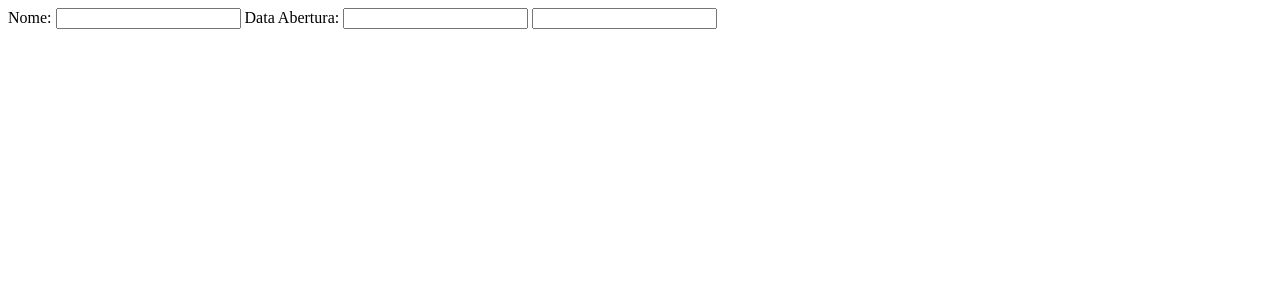
Repository: douglascogubum/servlet
Page: http://localhost/gerenciador/formNovaEmpresa.jsp
The author's editor kept a copy of each file at every save. The page is drawn from the files as they stood at one save, then again after the next save.
The browser window is 1280 px wide. The pictures show the whole page.
The page is served by Tomcat 9. Other server files are loaded and not shown.

Above is the page before, as saved 2020-11-16 02:29:10.

### gerenciador/WebContent/formNovaEmpresa.jsp
<%@ taglib uri="http://java.sun.com/jsp/jstl/core" prefix="c" %>
<c:url value="novaEmpresa" var="linkServletNovaEmpresa"/>

<!DOCTYPE html>
<html>
<head>
<meta charset="UTF-8">
<title>Insert title here</title>
</head>
<body>
	<form action="${linkServletNovaEmpresa}" method="post">
		Nome: <input type="text" name="nome" />
		Data Abertura: <input type="text" name="data" />
		<input type="Envia" />
	</form>
</body>
</html>

After the next save:
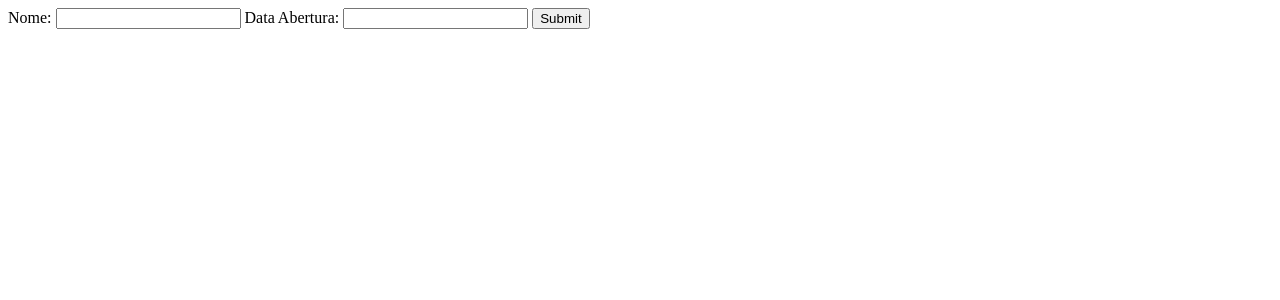
Saved 67 s later.
--- a/gerenciador/WebContent/formNovaEmpresa.jsp
+++ b/gerenciador/WebContent/formNovaEmpresa.jsp
@@ -11,7 +11,7 @@
 	<form action="${linkServletNovaEmpresa}" method="post">
 		Nome: <input type="text" name="nome" />
 		Data Abertura: <input type="text" name="data" />
-		<input type="Envia" />
+		<input type="submit" />
 	</form>
 </body>
 </html>
